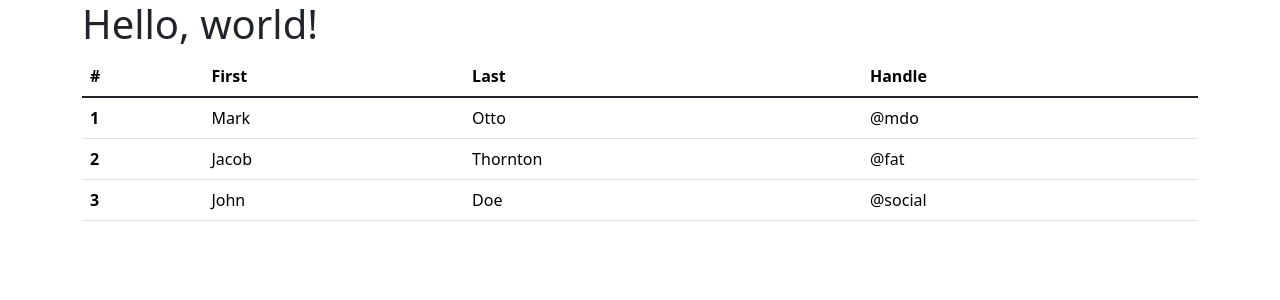
Repository: faizrehmandeveloper-spec/mern
Page: js/todo.html
The author's editor kept a copy of each file at every save. The page is drawn from the files as they stood at one save, then again after the next save.
The browser window is 1280 px wide. The pictures show the whole page.

Above is the page before, as saved 2026-06-25 11:33:18.

### js/todo.html
<!doctype html>
<html lang="en">

<head>
    <meta charset="utf-8">
    <meta name="viewport" content="width=device-width, initial-scale=1">
    <title>Bootstrap demo</title>
    <link href="https://cdn.jsdelivr.net/npm/bootstrap@5.3.8/dist/css/bootstrap.min.css" rel="stylesheet"
        integrity="sha384-sRIl4kxILFvY47J16cr9ZwB07vP4J8+LH7qKQnuqkuIAvNWLzeN8tE5YBujZqJLB" crossorigin="anonymous">
</head>

<body>
    <div class="container">
        <h1>Hello, world!</h1>
        <table class="table">
            <thead>
                <tr>
                    <th scope="col">#</th>
                    <th scope="col">First</th>
                    <th scope="col">Last</th>
                    <th scope="col">Handle</th>
                </tr>
            </thead>
            <tbody class="table-group-divider">
                <tr>
                    <th scope="row">1</th>
                    <td>Mark</td>
                    <td>Otto</td>
                    <td>@mdo</td>
                </tr>
                <tr>
                    <th scope="row">2</th>
                    <td>Jacob</td>
                    <td>Thornton</td>
                    <td>@fat</td>
                </tr>
                <tr>
                    <th scope="row">3</th>
                    <td>John</td>
                    <td>Doe</td>
                    <td>@social</td>
                </tr>
            </tbody>
        </table>
    </div>
    <script src="https://cdn.jsdelivr.net/npm/bootstrap@5.3.8/dist/js/bootstrap.bundle.min.js"
        integrity="sha384-FKyoEForCGlyvwx9Hj09JcYn3nv7wiPVlz7YYwJrWVcXK/BmnVDxM+D2scQbITxI"
        crossorigin="anonymous"></script>
</body>

</html>

After the next save:
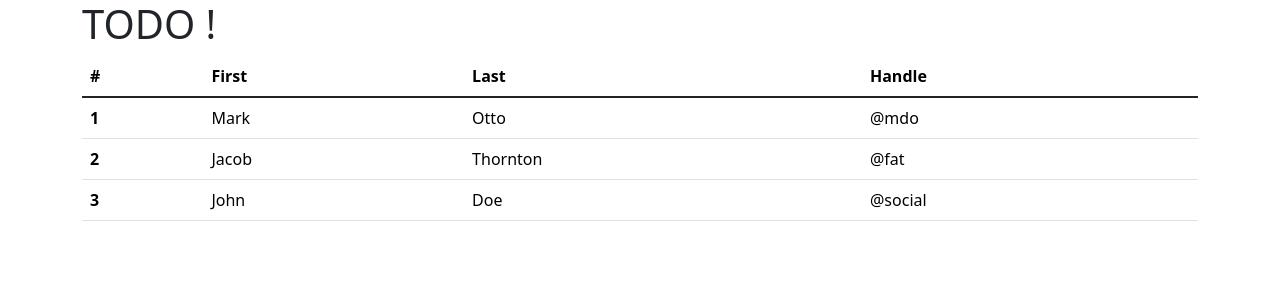
Saved 6 s later.
--- a/js/todo.html
+++ b/js/todo.html
@@ -11,7 +11,7 @@
 
 <body>
     <div class="container">
-        <h1>Hello, world!</h1>
+        <h1>TODO !</h1>
         <table class="table">
             <thead>
                 <tr>
